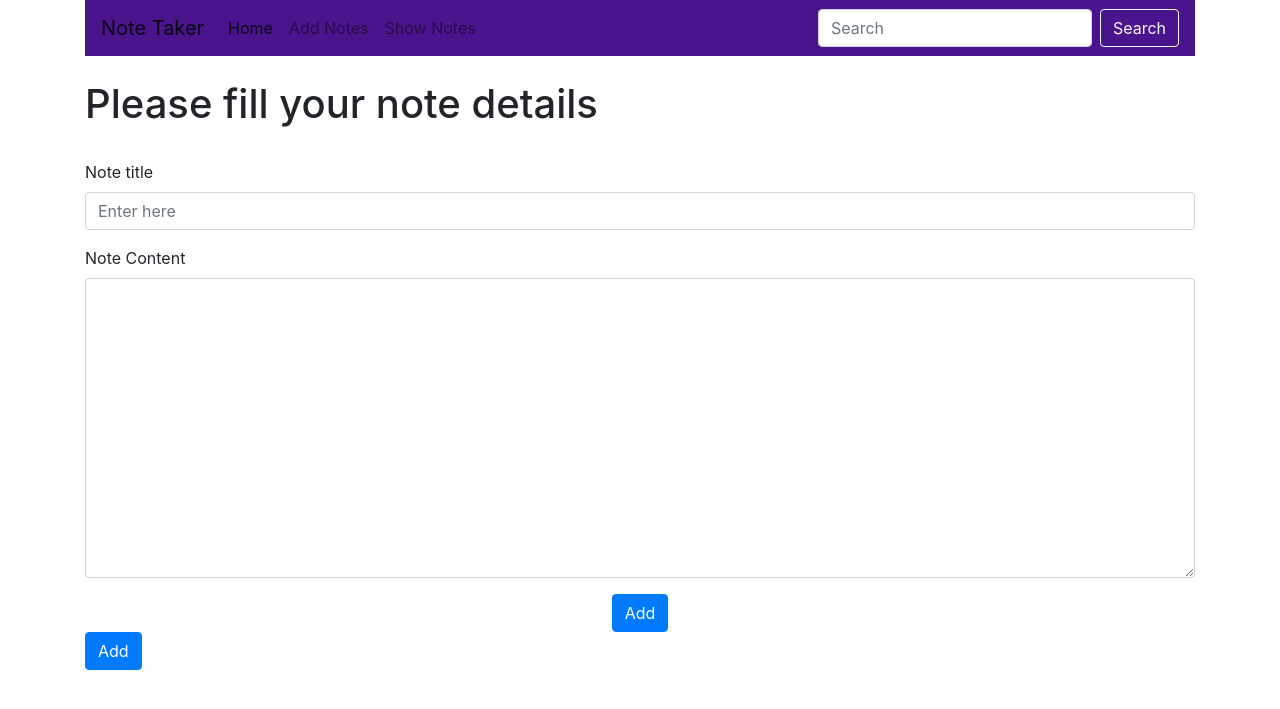
Repository: nayanchy123456/TODO-Project
Page: http://localhost/NoteTaker/add_notes.jsp
These files come from the project's save history. The page is drawn as it stood at one moment and after the next save; the edit follows.
The browser window is 1280 px wide. The pictures show the whole page.
Some web libraries are served in a nearby version. The page is served by Tomcat 10.

Above is the page before, as saved 2024-09-03 11:09:09.

After the next save:
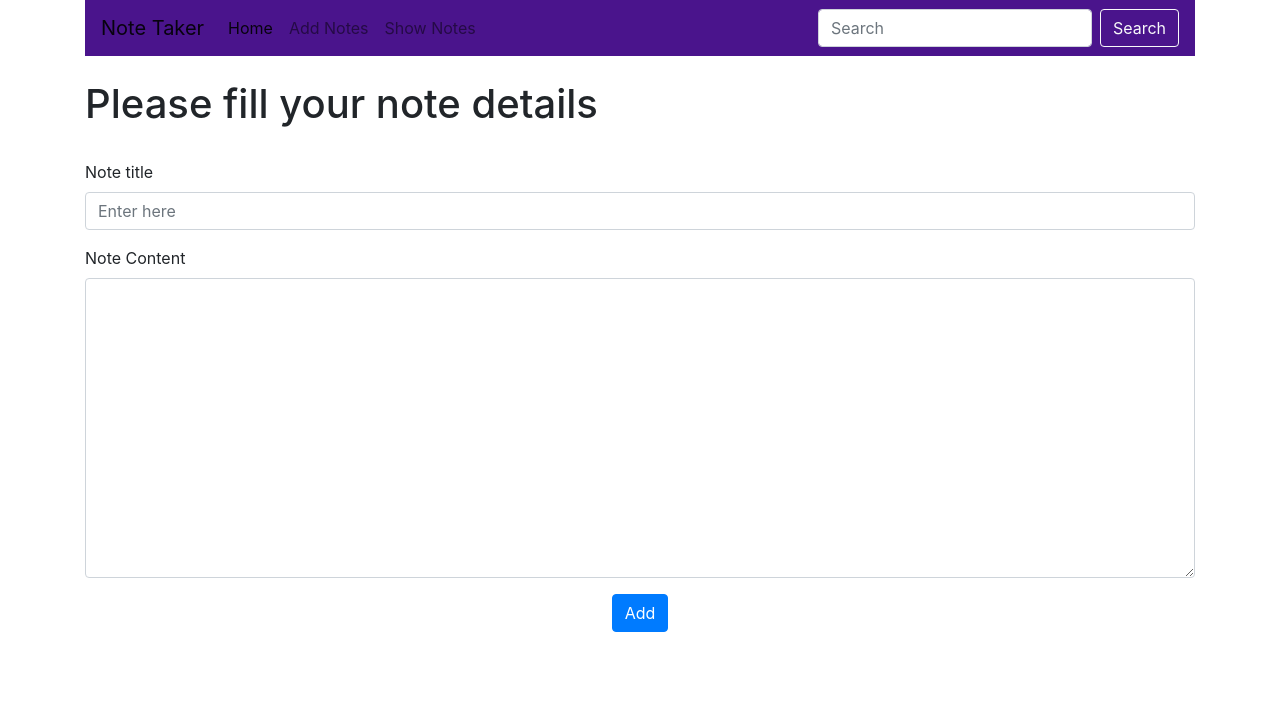
Saved 10 s later.
--- a/TODO webApplication/NoteTaker/src/main/webapp/add_notes.jsp
+++ b/TODO webApplication/NoteTaker/src/main/webapp/add_notes.jsp
@@ -41,7 +41,7 @@
 
    </div>
 
-  <button type="submit" class="btn btn-primary">Add</button>
+
 </form>
 
     </div>
